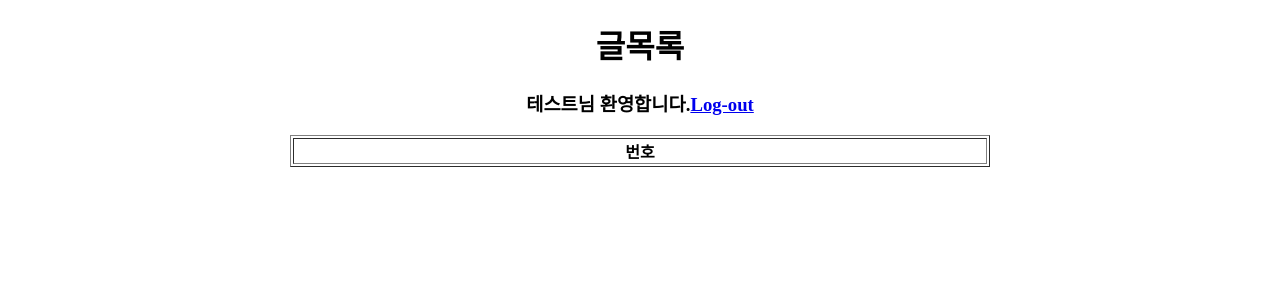
Repository: noopzzya/study_spring_globalin
Page: http://localhost/BoardWeb/getBoardList.jsp
The author's editor kept a copy of each file at every save. The page is drawn from the files as they stood at one save, then again after the next save.
The browser window is 1280 px wide. The pictures show the whole page.
The page is served by Tomcat 9. Queries for data that is not in the repository find no rows.

Above is the page before, as saved 2023-03-09 01:53:06.

After the next save:
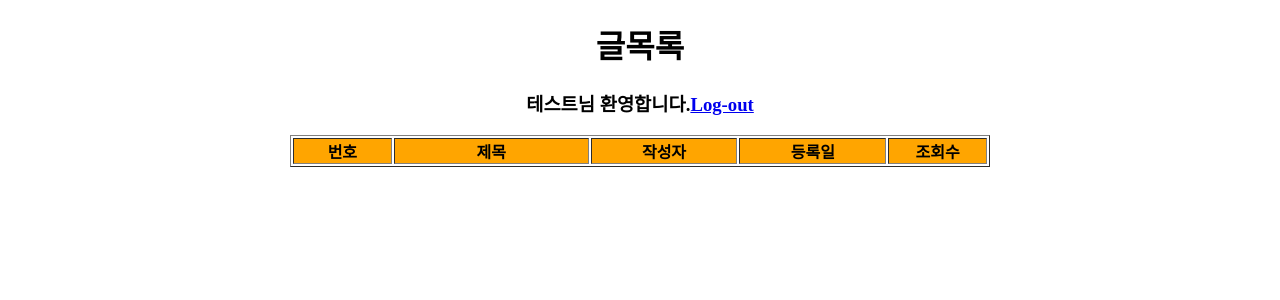
Saved 47 s later.
--- a/BoardWeb/src/main/webapp/getBoardList.jsp
+++ b/BoardWeb/src/main/webapp/getBoardList.jsp
@@ -34,7 +34,11 @@ List<BoardVO> boardList = boardDAO.getBoardList();
 
 <table border="1" cellpadding="0" cellspacint="0" width="700">
 	<tr>
-		<th>번호</th>
+		<th bgcolor="orange" width="100">번호</th>
+		<th bgcolor="orange" width="200">제목</th>
+		<th bgcolor="orange" width="150">작성자</th>
+		<th bgcolor="orange" width="150">등록일</th>
+		<th bgcolor="orange" width="100">조회수</th>
 	</tr>
 </table>
 
